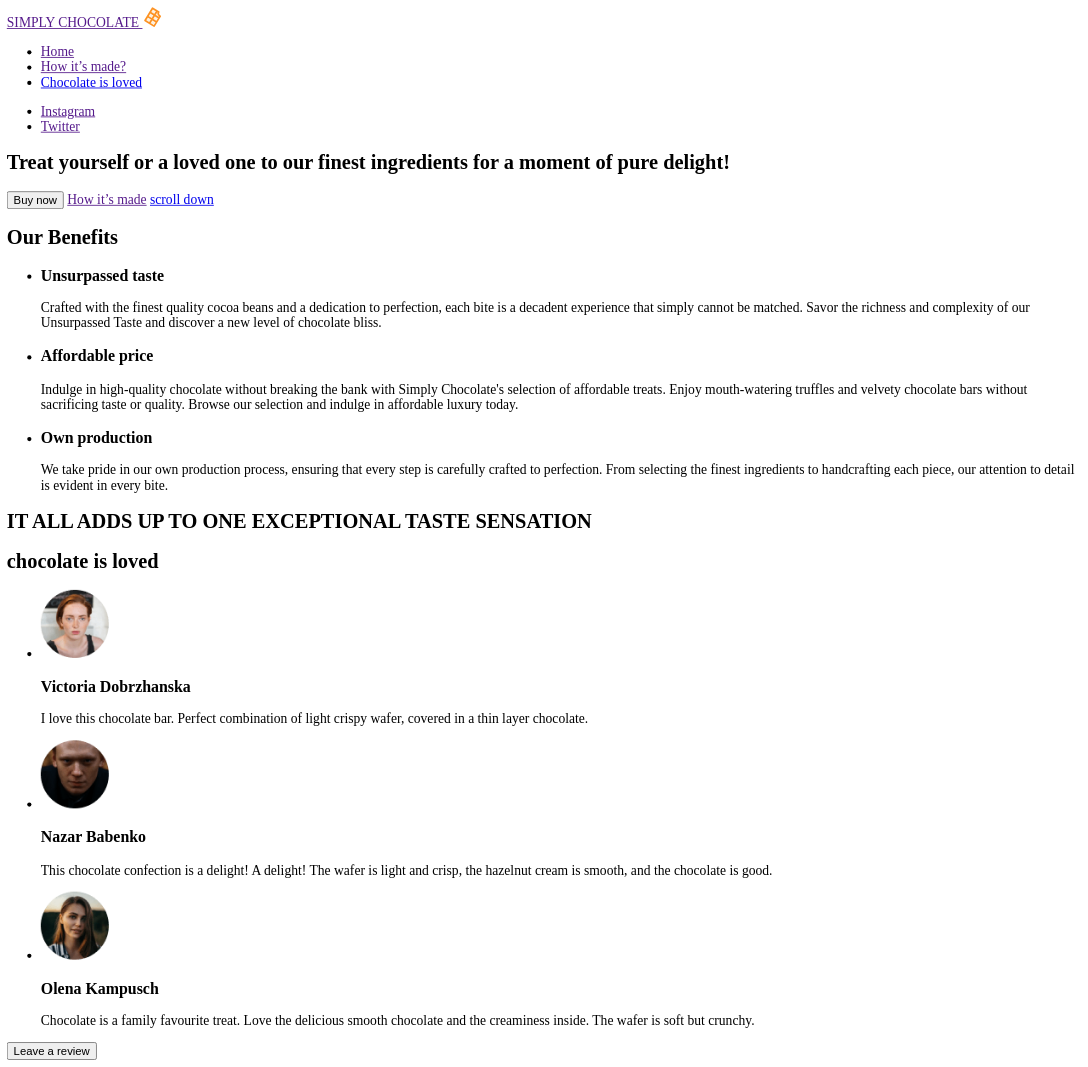
Repository: Sofiia-Khomyk/goit-markup-class-01
Page: index.html
The author's editor kept a copy of each file at every save. The page is drawn from the files as they stood at one save, then again after the next save.
The browser window is 1280 px wide. The pictures show the whole page, at 85% of full size.

Above is the page before, as saved 2024-11-11 15:52:03.

### index.html
<!DOCTYPE html>
<html lang="en">
  <head>
    <meta charset="UTF-8" />
    <meta name="viewport" content="width=device-width, initial-scale=1.0" />
    <title>Chocolate</title>
  </head>
  <body>
    <!-- Page Header -->
    <header>
      <nav>
        <a href=""
          >SIMPLY CHOCOLATE
          <img src="./images/chocolate-logo.svg" alt="site logo" />
        </a>
        <ul>
          <li>
            <a href="">Home</a>
          </li>
          <li>
            <a href="">How it’s made?</a>
          </li>
          <li>
            <a href="#reviews">Chocolate is loved</a>
          </li>
        </ul>
      </nav>
      <ul>
        <li>
          <a href="" target="_blank" rel="noopener noreferrer">Instagram</a>
        </li>
        <li>
          <a href="" target="_blank" rel="noopener noreferrer">Twitter</a>
        </li>
      </ul>
    </header>

    <main>
      <!-- Hero Section -->
      <section>
        <h1>
          Treat yourself or a loved one to our finest ingredients for a moment
          of pure delight!
        </h1>
        <button type="button">Buy now</button>
        <a href="">How it’s made</a>
        <a href="#benefits">scroll down</a>
      </section>
      <!-- Our Benefits -->
      <section id="benefits">
        <h2>Our Benefits</h2>
        <ul>
          <li>
            <h3>Unsurpassed taste</h3>
            <p>
              Crafted with the finest quality cocoa beans and a dedication to
              perfection, each bite is a decadent experience that simply cannot
              be matched. Savor the richness and complexity of our Unsurpassed
              Taste and discover a new level of chocolate bliss.
            </p>
          </li>
          <li>
            <h3>Affordable price</h3>
            <p>
              Indulge in high-quality chocolate without breaking the bank with
              Simply Chocolate's selection of affordable treats. Enjoy
              mouth-watering truffles and velvety chocolate bars without
              sacrificing taste or quality. Browse our selection and indulge in
              affordable luxury today.
            </p>
          </li>
          <li>
            <h3>Own production</h3>
            <p>
              We take pride in our own production process, ensuring that every
              step is carefully crafted to perfection. From selecting the finest
              ingredients to handcrafting each piece, our attention to detail is
              evident in every bite.
            </p>
          </li>
        </ul>
      </section>
      <!-- Ingredients Section -->
      <section>
        <h2>IT ALL ADDS UP TO ONE EXCEPTIONAL TASTE SENSATION</h2>
        <p></p>
      </section>
      <section><h2></h2></section>
      <!-- Reviews Section -->
      <section id="reviews">
        <h2>chocolate is loved</h2>
        <ul>
          <li>
            <img
              src="./images/reviews/vic-dob.png"
              alt="Victoria Dobrorzanska avatar"
              width="80"
              height="80"
            />
            <h3>Victoria Dobrzhanska</h3>
            <p>
              I love this chocolate bar. Perfect combination of light crispy
              wafer, covered in a thin layer chocolate.
            </p>
          </li>
          <li>
            <img
              src="./images/reviews/naz-bab.png"
              alt="Nazar Babenko avatar"
              width="80"
              height="80"
            />
            <h3>Nazar Babenko</h3>
            <p>
              This chocolate confection is a delight! A delight! The wafer is
              light and crisp, the hazelnut cream is smooth, and the chocolate
              is good.
            </p>
          </li>
          <li>
            <img
              src="./images/reviews/olen-kam.png"
              alt="Olena Kampusch avatar"
              width="80"
              height="80"
            />
            <h3>Olena Kampusch</h3>
            <p>
              Chocolate is a family favourite treat. Love the delicious smooth
              chocolate and the creaminess inside. The wafer is soft but
              crunchy.
            </p>
          </li>
        </ul>
        <button type="button">Leave a review</button>
      </section>
    </main>
    <footer></footer>
  </body>
</html>

After the next save:
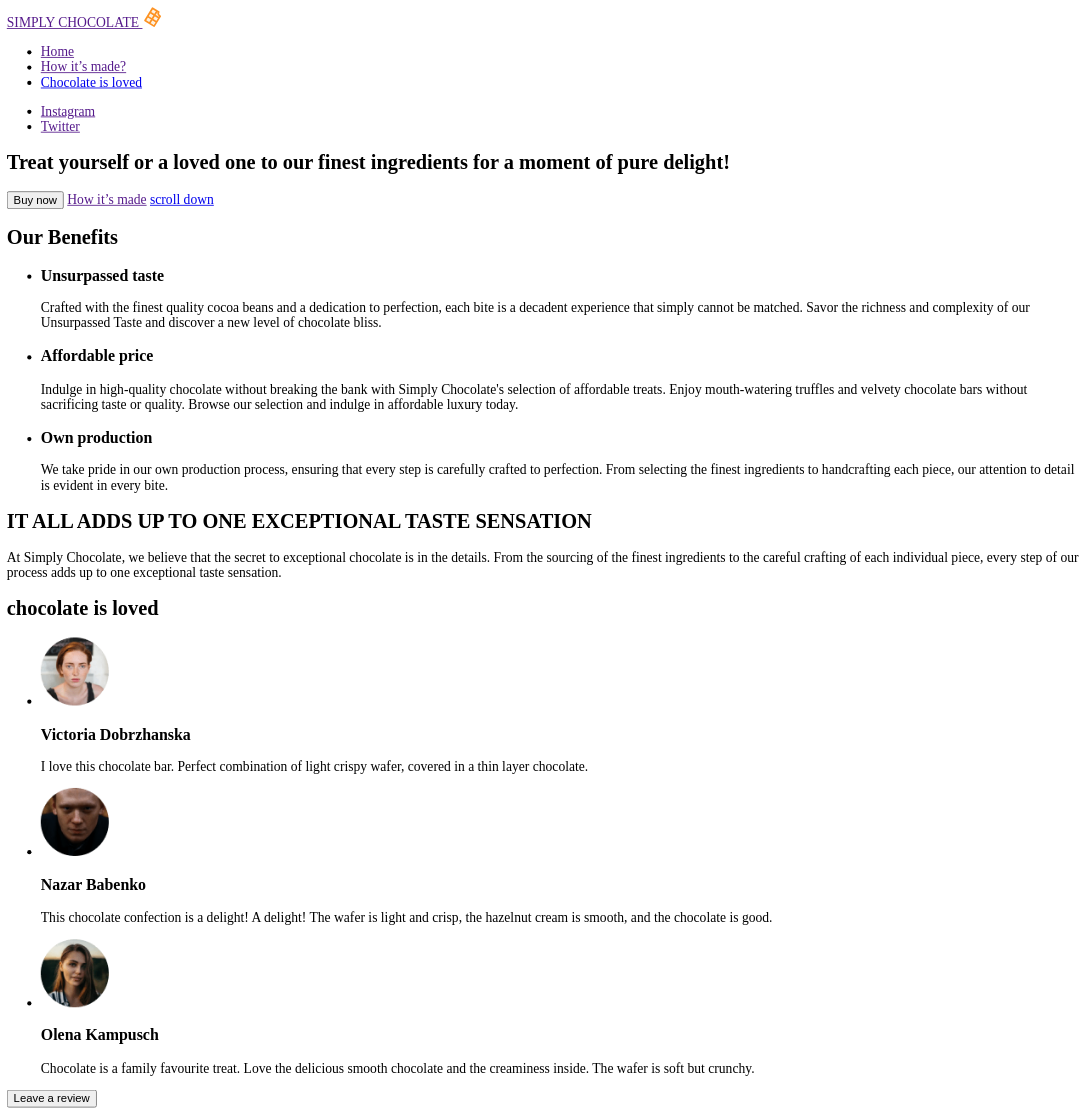
Saved 14 s later.
--- a/index.html
+++ b/index.html
@@ -83,7 +83,12 @@
       <!-- Ingredients Section -->
       <section>
         <h2>IT ALL ADDS UP TO ONE EXCEPTIONAL TASTE SENSATION</h2>
-        <p></p>
+        <p>
+          At Simply Chocolate, we believe that the secret to exceptional
+          chocolate is in the details. From the sourcing of the finest
+          ingredients to the careful crafting of each individual piece, every
+          step of our process adds up to one exceptional taste sensation.
+        </p>
       </section>
       <section><h2></h2></section>
       <!-- Reviews Section -->
